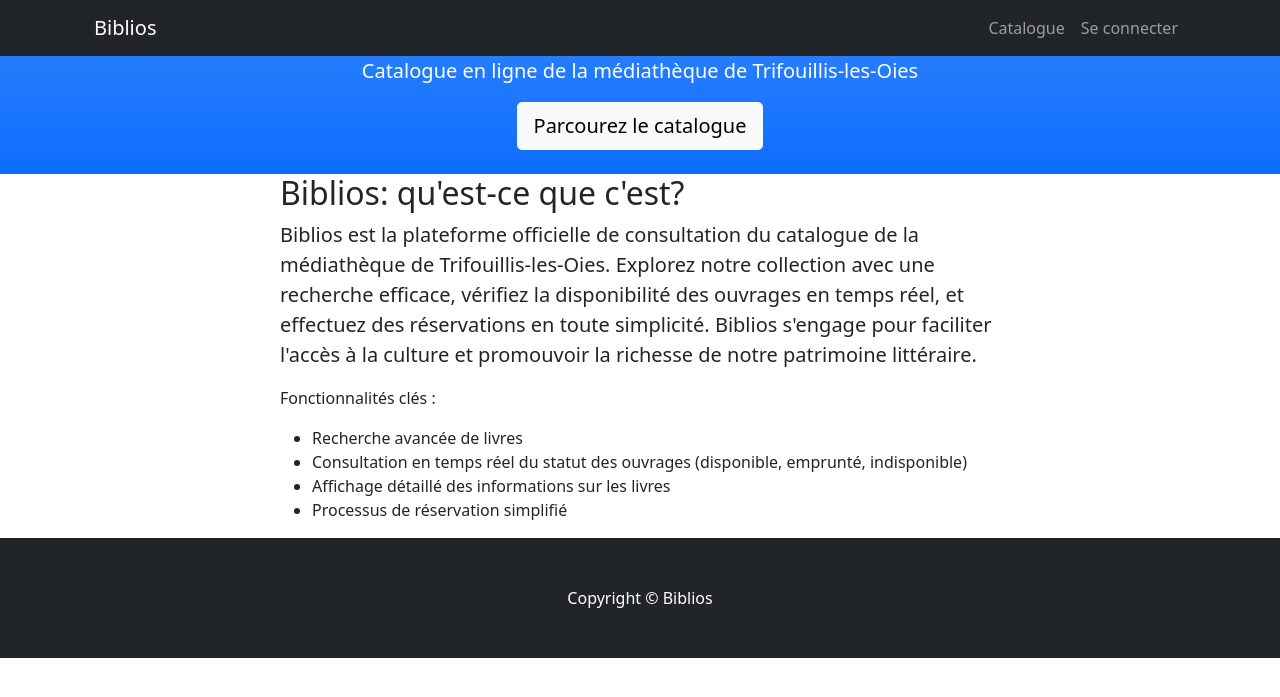
Repository: Dydja/Biblios
Page: templates/main/index.html.twig
These files come from the project's save history. The page is drawn as it stood at one moment and after the next save; the edit follows.
The browser window is 1280 px wide. The pictures show the whole page.
The page is a Twig template of a Symfony application; nobody is signed in and links lead nowhere. The template is opened directly, without the code that normally fills it, so the values that code supplies are empty.

Above is the page before, as saved 2024-08-04 00:39:06.

After the next save:
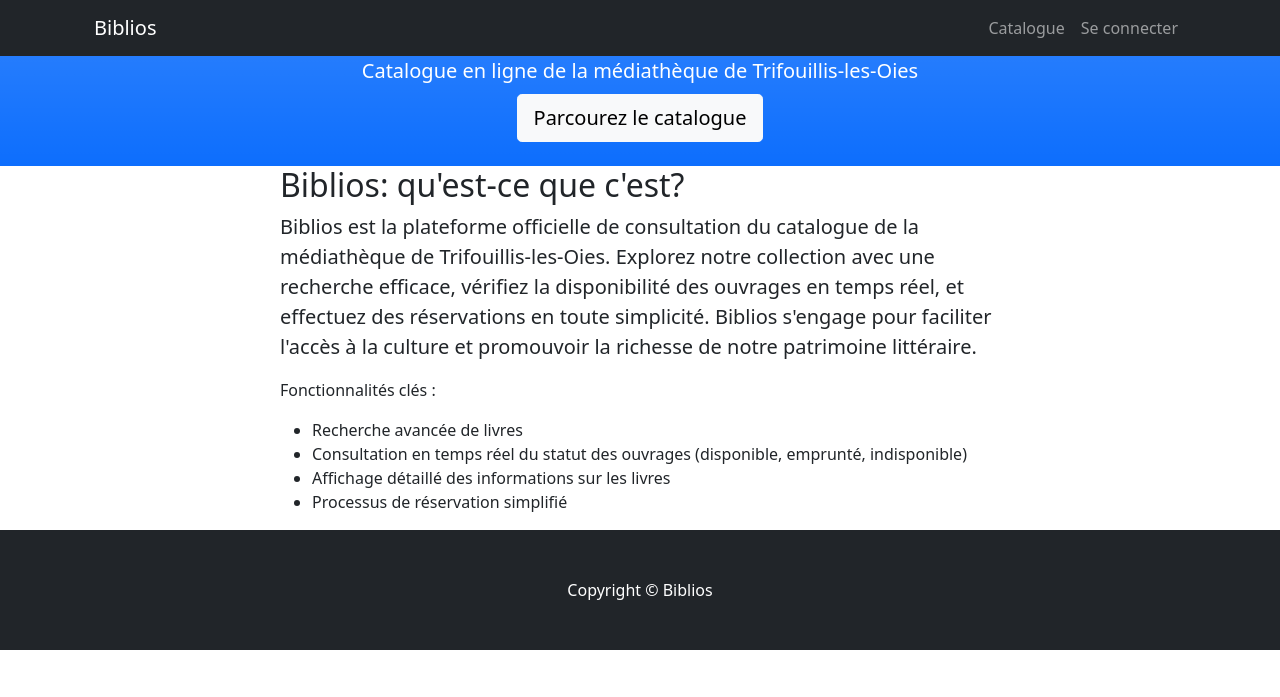
Saved 19 s later.
--- a/templates/main/index.html.twig
+++ b/templates/main/index.html.twig
@@ -8,7 +8,7 @@
     <header class="bg-primary bg-gradient text-white">
         <div class="container px-4 text-center">
             <h1 class="fw-bolder">Biblios</h1>
-            <p class="lead">Catalogue en ligne de la médiathèque de Trifouillis-les-Oies</p>
+            <p class="lead mb-2">Catalogue en ligne de la médiathèque de Trifouillis-les-Oies</p>
             <a class="btn btn-lg btn-light mb-4" href="#">Parcourez le catalogue</a>
         </div>
     </header>

After the 2 saves that followed:
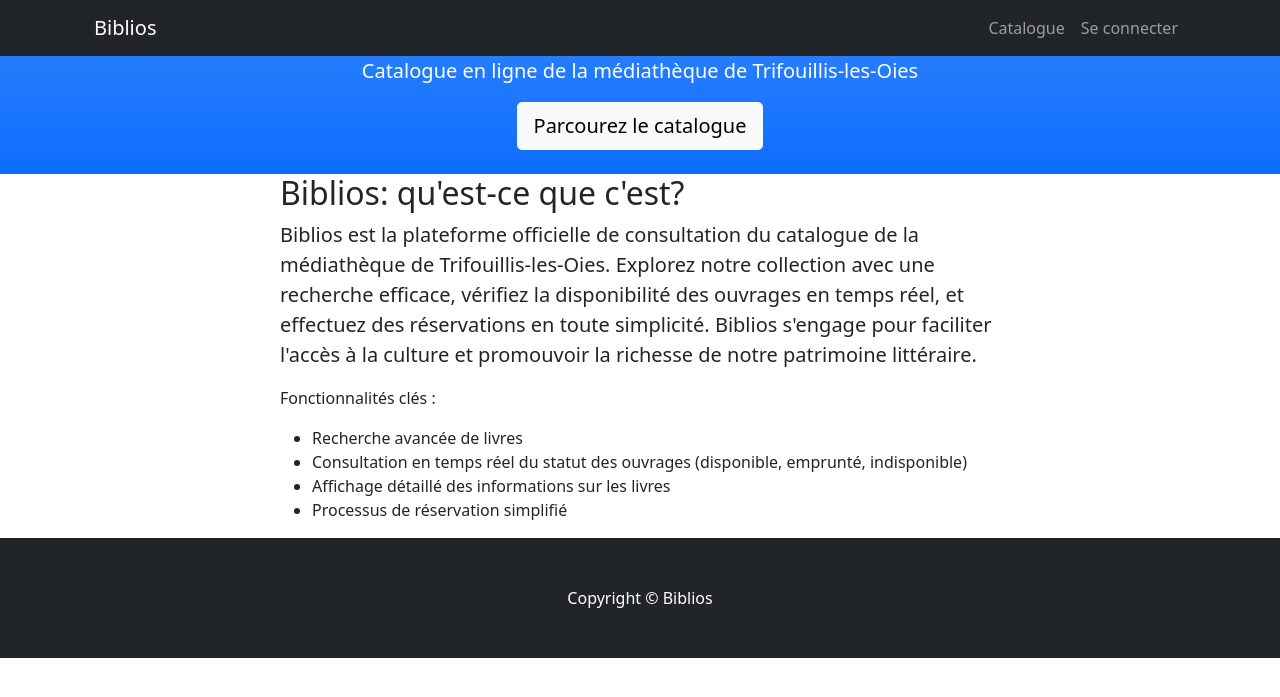
The 2 saves are shown as one change because 1 left the picture as it was.
The last was saved 39 s later.
--- a/templates/main/index.html.twig
+++ b/templates/main/index.html.twig
@@ -8,7 +8,7 @@
     <header class="bg-primary bg-gradient text-white">
         <div class="container px-4 text-center">
             <h1 class="fw-bolder">Biblios</h1>
-            <p class="lead mb-2">Catalogue en ligne de la médiathèque de Trifouillis-les-Oies</p>
+            <p class="lead">Catalogue en ligne de la médiathèque de Trifouillis-les-Oies</p>
             <a class="btn btn-lg btn-light mb-4" href="#">Parcourez le catalogue</a>
         </div>
     </header>
